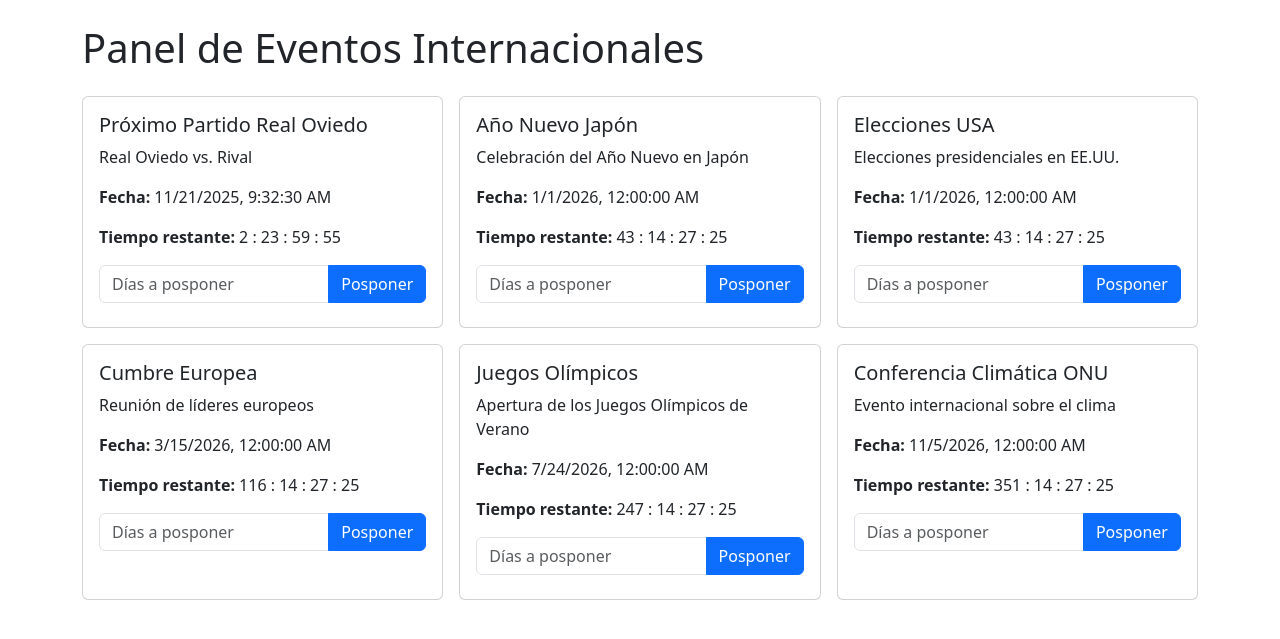
Repository: osoriomrs/DWEC
Page: EJER_16/Ejercicio2/index.html
An editor plug-in stored every save of this project. The page is shown before and after the next save, followed by the edit.
The browser window is 1280 px wide. The pictures show the whole page.

Above is the page before, as saved 2026-01-14 10:56:27.

After the next save:
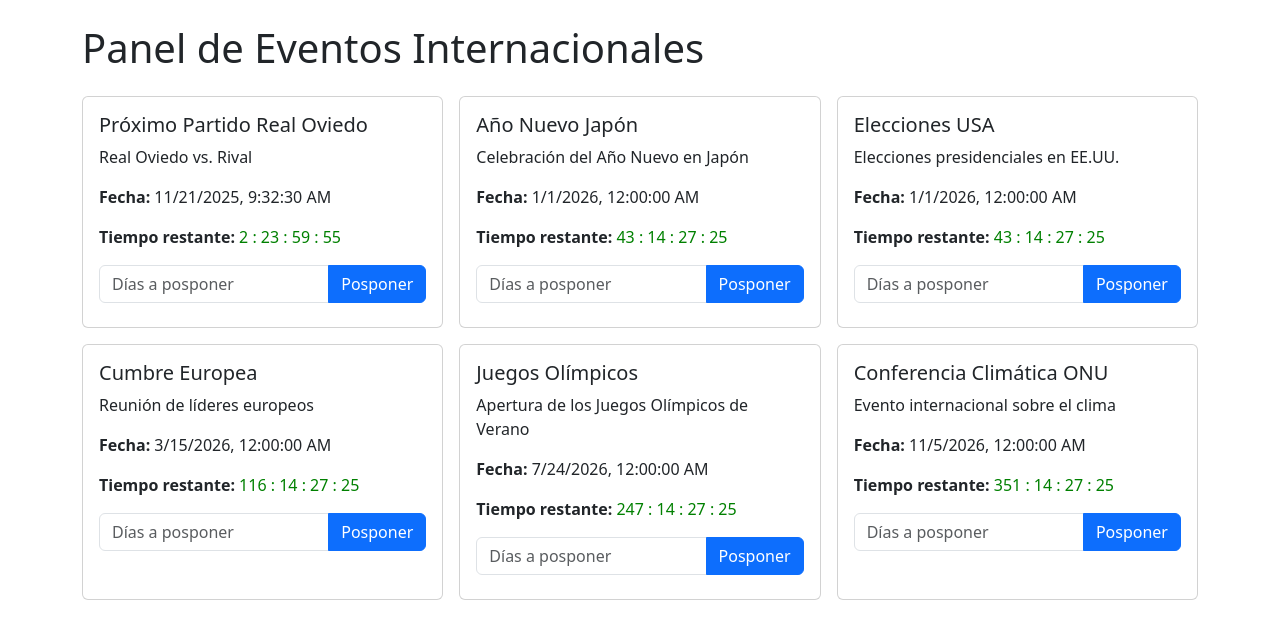
Saved 5 min 23 s later.
--- a/EJER_16/Ejercicio2/scripts/app.js
+++ b/EJER_16/Ejercicio2/scripts/app.js
@@ -36,10 +36,8 @@ function formatear(ms) {
 
 function render() {
   eventosContainer.innerHTML = ""
-  const ahora = Date.now()
 
   eventos.forEach((e, index) => {
-    const diff = e.fecha.getTime() - ahora
     const card = document.createElement("div")
     card.className = "col-md-4"
     card.innerHTML = `
@@ -58,20 +56,29 @@ function render() {
     `
     eventosContainer.appendChild(card)
 
-    const tiempoSpan = document.getElementById(`tiempo-${index}`)
-    tiempoSpan.textContent = diff > 0 ? formatear(diff) : "FINALIZADO"
-
     const btn = document.getElementById(`btn-${index}`)
     const input = document.getElementById(`dias-${index}`)
     btn.addEventListener("click", () => {
       const dias = Number(input.value)
-      if (isNaN(dias)) return
-      e.fecha.setDate(e.fecha.getDate() + dias)
-      ordenarEventos()
+      if (!isNaN(dias)) {
+        e.fecha.setDate(e.fecha.getDate() + dias)
+        ordenarEventos()
+      }
     })
+  })
+}
+
+function actualizarTiempos() {
+  const ahora = Date.now()
+  eventos.forEach((e, index) => {
+    const tiempoSpan = document.getElementById(`tiempo-${index}`)
+    if (!tiempoSpan) return
+    const diff = e.fecha.getTime() - ahora
+    tiempoSpan.textContent = diff > 0 ? formatear(diff) : "FINALIZADO"
+    tiempoSpan.style.color = diff > 0 ? "green" : "red"
   })
 }
 
 ordenarEventos()
 render()
-setInterval(render, 1000)
+setInterval(actualizarTiempos, 1000)
